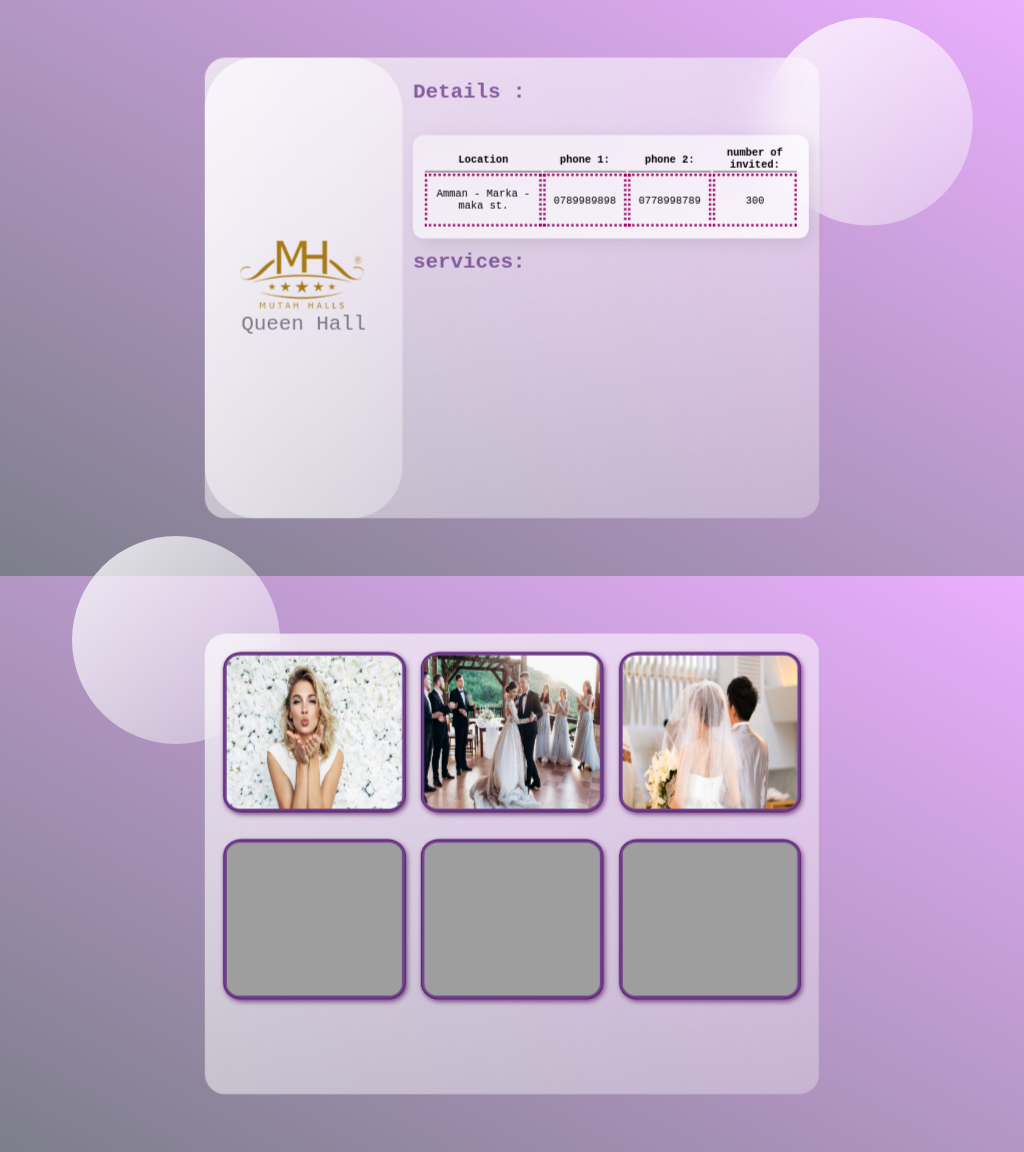
Repository: special4Party/Graduation-project-wedding-hall
Page: include/temp/hall_profile.html
These files come from the project's save history. The page is drawn as it stood at one moment and after the next save; the edit follows.
The browser window is 1280 px wide. The pictures show the whole page, at 80% of full size.
Pictures or frames that could not be fetched are drawn as grey boxes.

Above is the page before, as saved 2022-04-29 23:32:06.

After the next save:
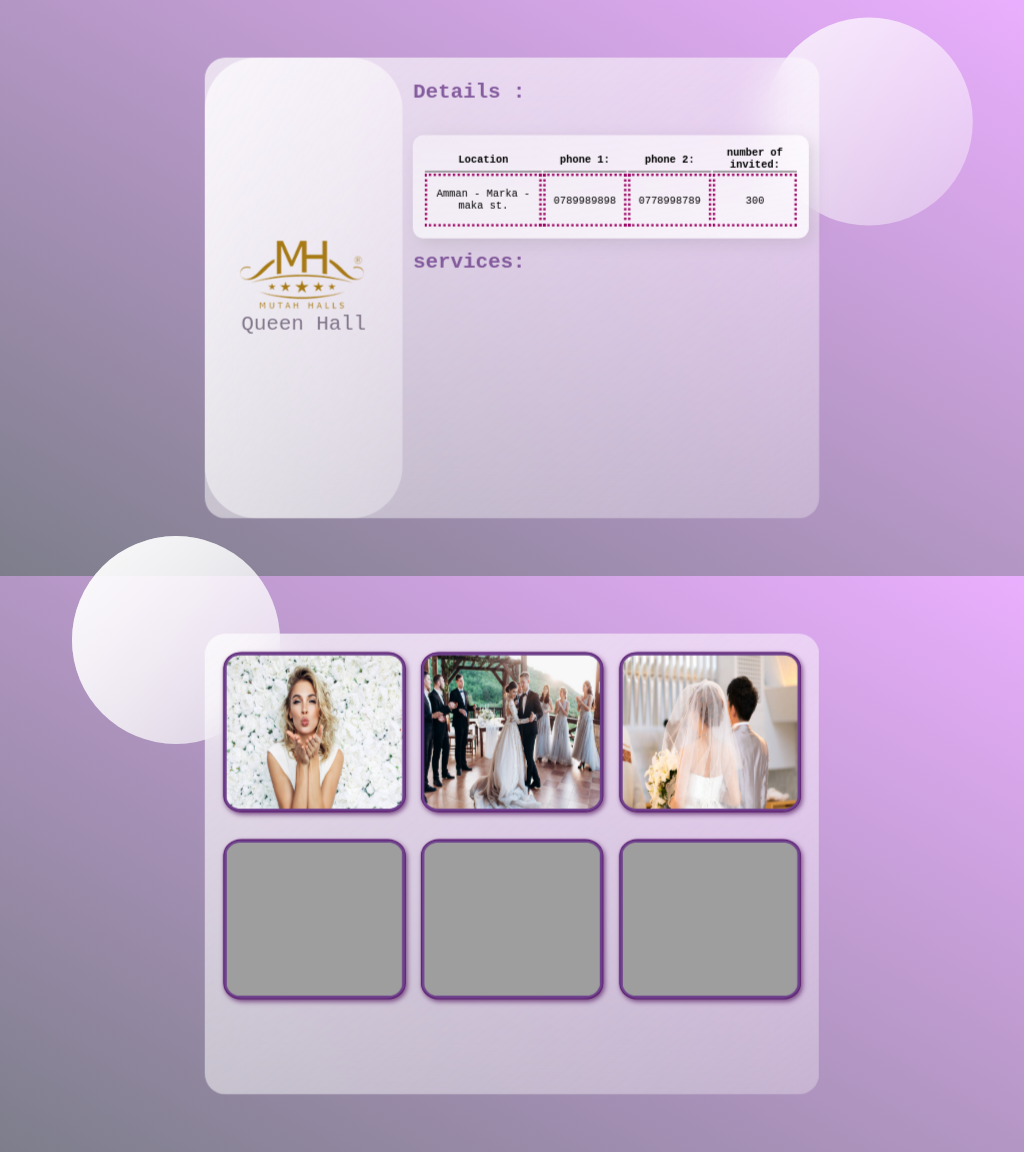
Saved 13 s later.
--- a/include/temp/hall_profile.html
+++ b/include/temp/hall_profile.html
@@ -69,5 +69,6 @@
       </main>
       <div class="circle1"></div>
       <div class="circle2"></div>
+      <div class="circle3"></div>
 </body>
 </html>
